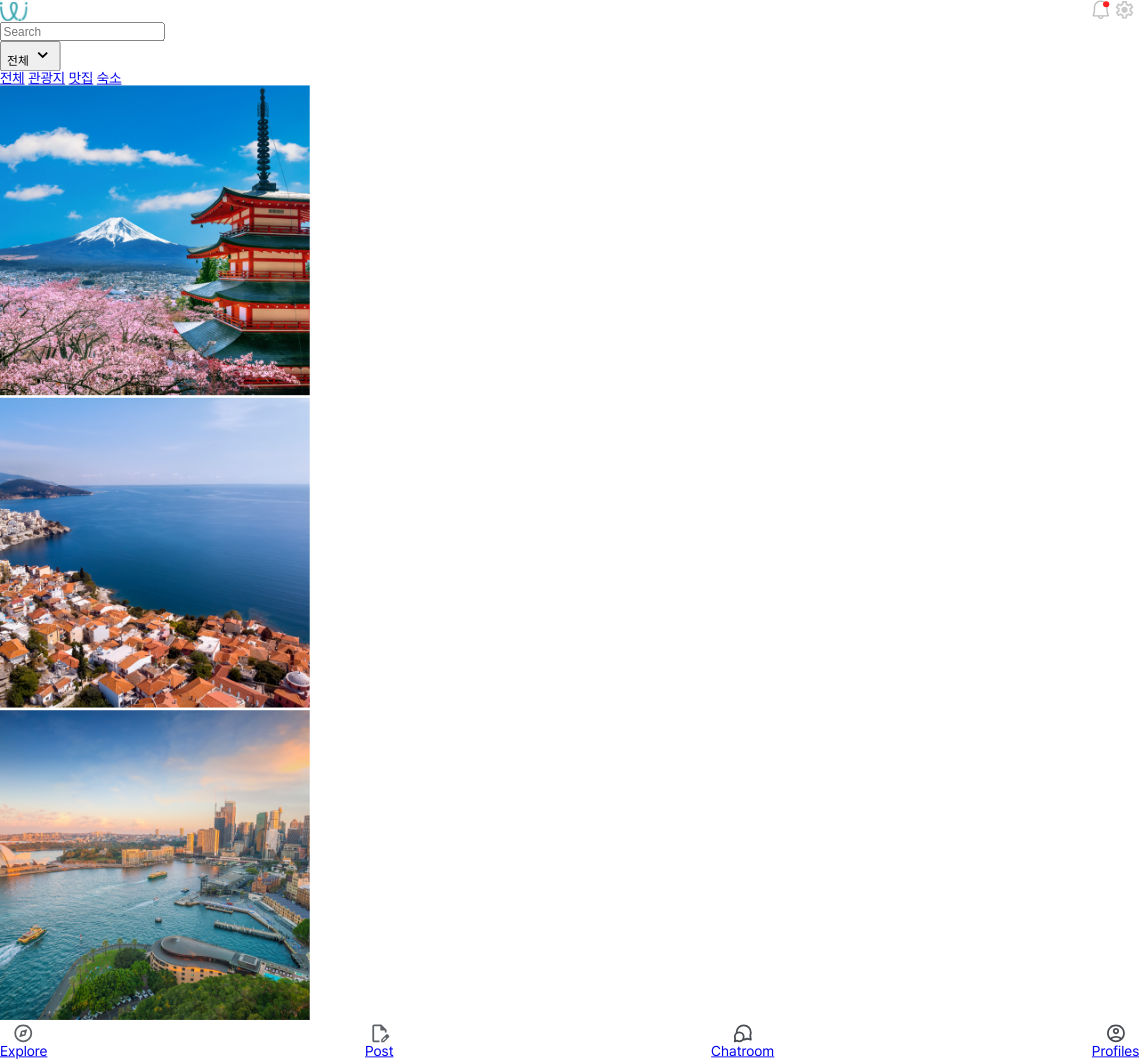
Repository: makeditWeb/trip_app
Page: tripApp/pages/index.html
The author's editor kept a copy of each file at every save. The page is drawn from the files as they stood at one save, then again after the next save.
The browser window is 1280 px wide. The pictures show the whole page, at 89% of full size.
The style sheet was rebuilt from its Sass, Less or Tailwind sources for each picture, by a compiler version that may differ from the author's.

Above is the page before, as saved 2024-12-24 22:09:29.
Console error: TypeError: Cannot read properties of null (reading 'addEventListener')

After the next save:
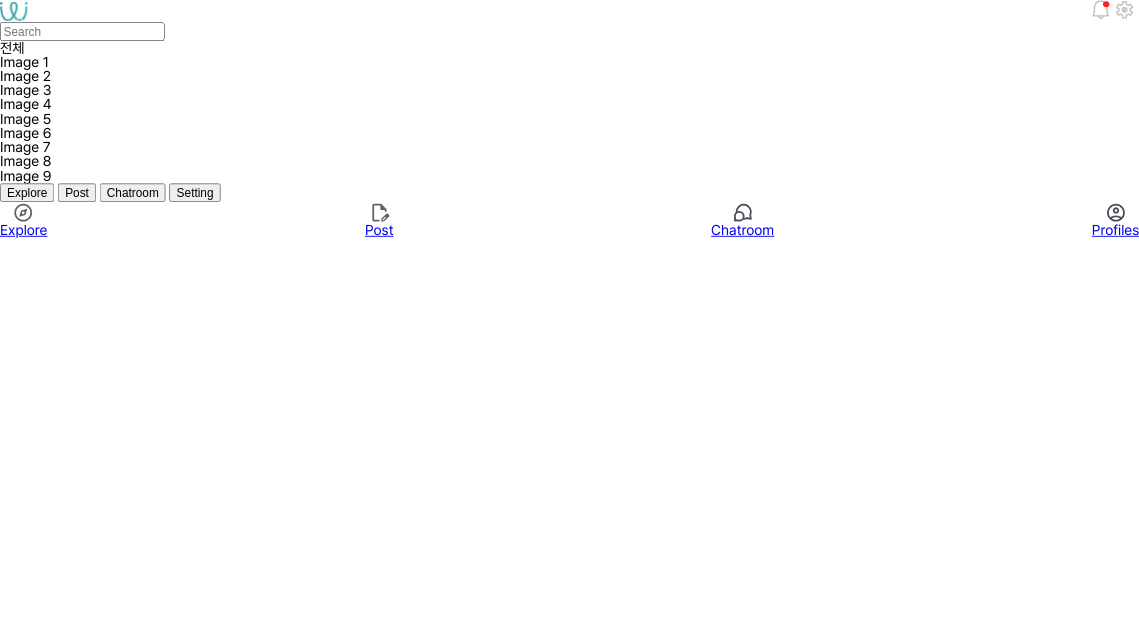
Saved 56 s later.
--- a/tripApp/pages/index.html
+++ b/tripApp/pages/index.html
@@ -21,41 +21,29 @@
         </div>
 
         <!-- 바텀시트 -->
-        <div class="bottom-sheet">
-            <div class="bottom-sheet__handler">
-                <div class="handler-bar"></div>
+        <div class="bottom-sheet" id="bottomSheet">
+            <div class="handle-bar" id="handleBar">
+                <div class="handle"></div>
             </div>
-
-            <div class="bottom-sheet__content">
-                <div class="explore">
-                    <div class="dropdown-wrapper">
-                        <button class="dropdown-btn">
-                            전체
-                            <svg xmlns="http://www.w3.org/2000/svg" width="24" height="24" viewBox="0 0 24 24" fill="none">
-                                <path d="M7 10L12 15L17 10" stroke="currentColor" stroke-width="2"/>
-                            </svg>
-                        </button>
-                        <div class="dropdown-content">
-                            <a href="#">전체</a>
-                            <a href="#">관광지</a>
-                            <a href="#">맛집</a>
-                            <a href="#">숙소</a>
-                        </div>
-                    </div>
-
-                    <div class="post-grid" id="postGrid">
-                        <!-- Sample post items -->
-                        <div class="post-item">
-                            <img src="../assets/images/post_list01.png" alt="post_list01">
-                        </div>
-                        <div class="post-item">
-                            <img src="../assets/images/post_list02.png" alt="post_list01">
-                        </div>
-                        <div class="post-item">
-                            <img src="../assets/images/post_list03.png" alt="post_list01">
-                        </div>
-                    </div>
+            <div class="sheet-content">
+                <h2 class="title">전체</h2>
+                <div class="image-grid">
+                    <div class="image-item">Image 1</div>
+                    <div class="image-item">Image 2</div>
+                    <div class="image-item">Image 3</div>
+                    <div class="image-item">Image 4</div>
+                    <div class="image-item">Image 5</div>
+                    <div class="image-item">Image 6</div>
+                    <div class="image-item">Image 7</div>
+                    <div class="image-item">Image 8</div>
+                    <div class="image-item">Image 9</div>
                 </div>
+            </div>
+            <div class="bottom-nav">
+                <button class="active">Explore</button>
+                <button>Post</button>
+                <button>Chatroom</button>
+                <button>Setting</button>
             </div>
         </div>
     </div>
